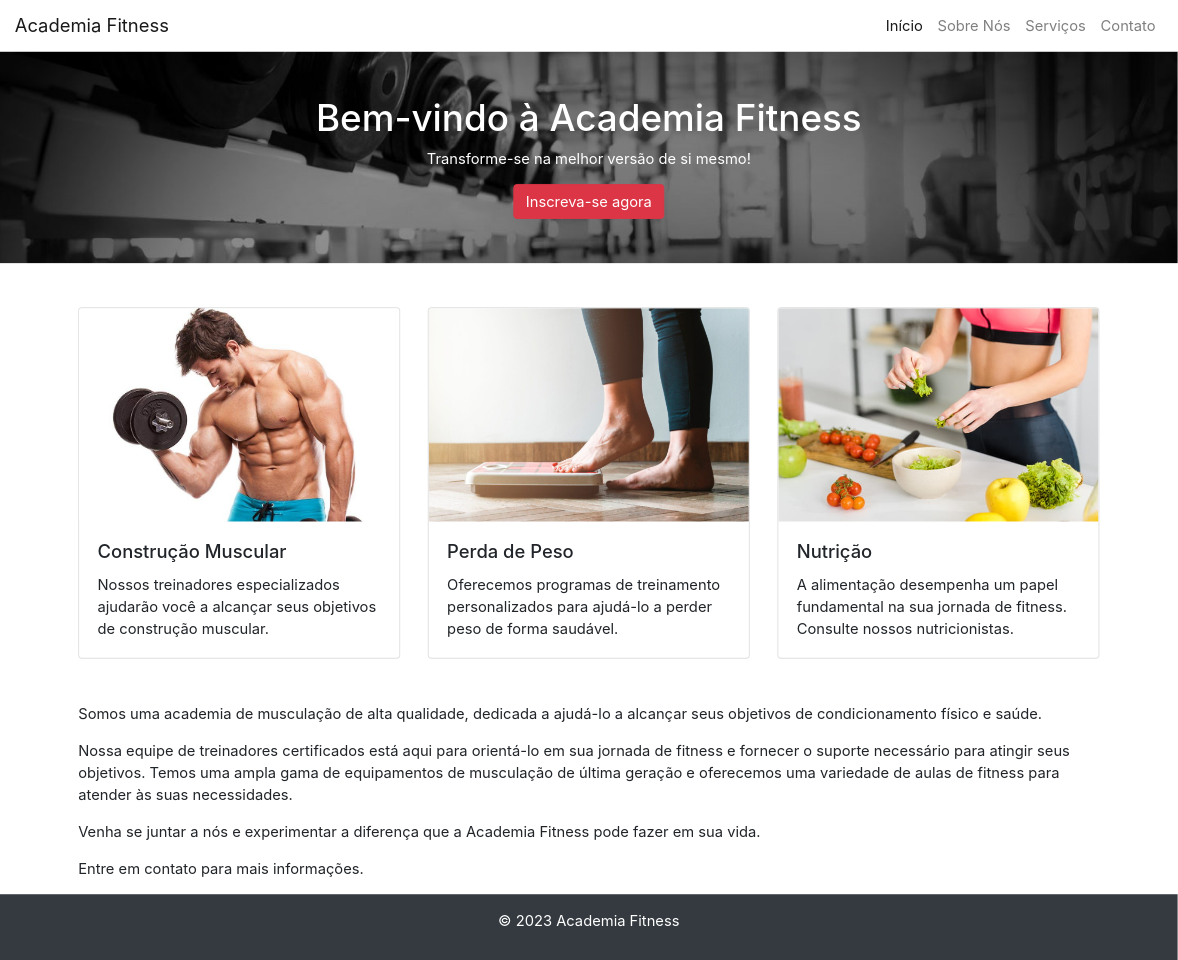
Repository: 01nethy/pratica14
Page: index.html
An editor plug-in stored every save of this project. The page is shown before and after the next save, followed by the edit.
The browser window is 1280 px wide. The pictures show the whole page, at 92% of full size.

Above is the page before, as saved 2023-09-08 00:07:59.

After the next save:
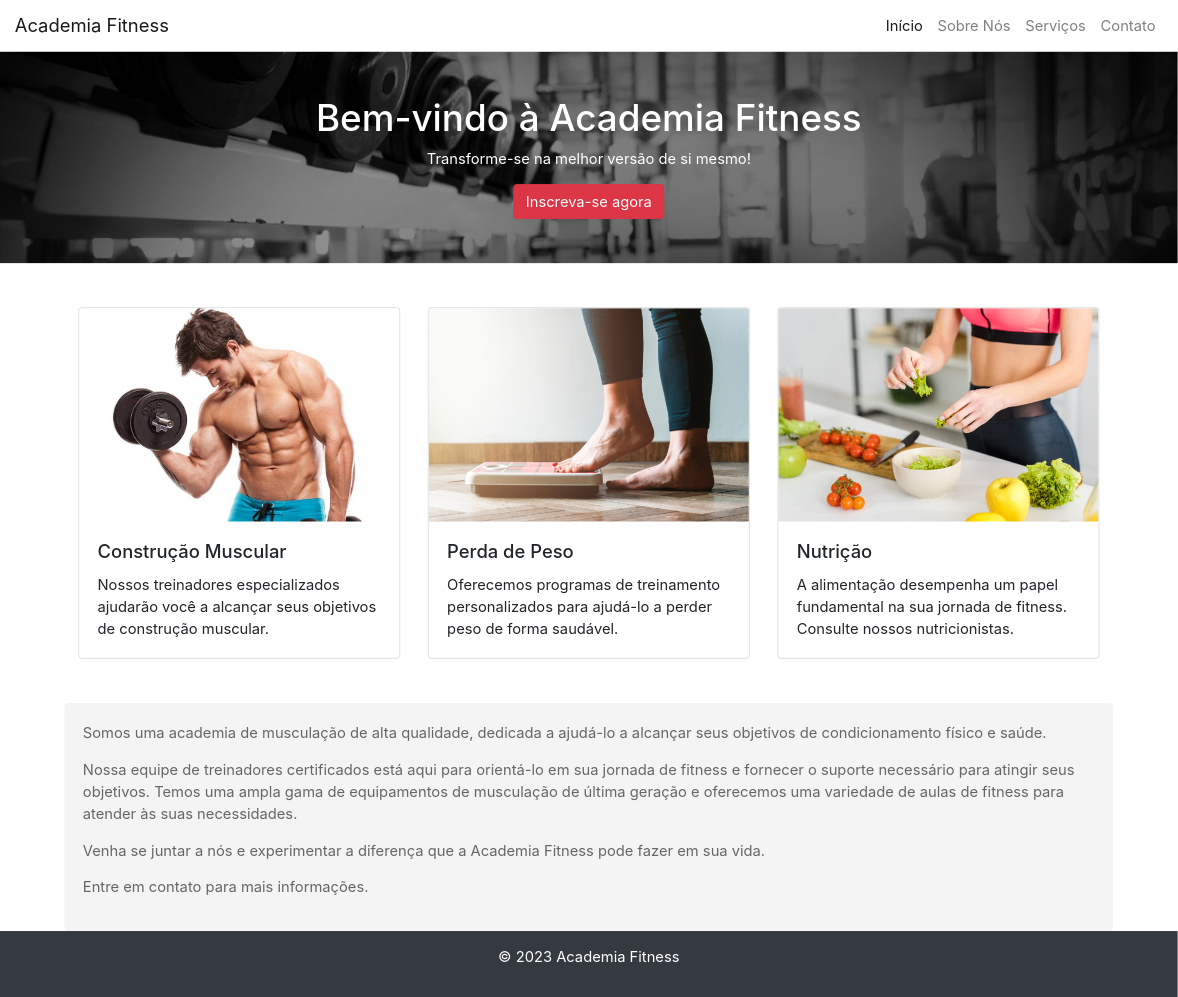
Saved 3 s later.
--- a/style.css
+++ b/style.css
@@ -9,19 +9,19 @@ header{
     color: white;
 }
 
-.academia-aside {
+.info {
     background-color: #f4f4f4;
     padding: 20px;
     border-radius: 5px;
     margin-top: 20px;
 }
 
-.academia-aside h2 {
+.info h2 {
     font-size: 24px;
     color: #333;
 }
 
-.academia-aside p {
+.info p {
     font-size: 16px;
     color: #666;
 }
